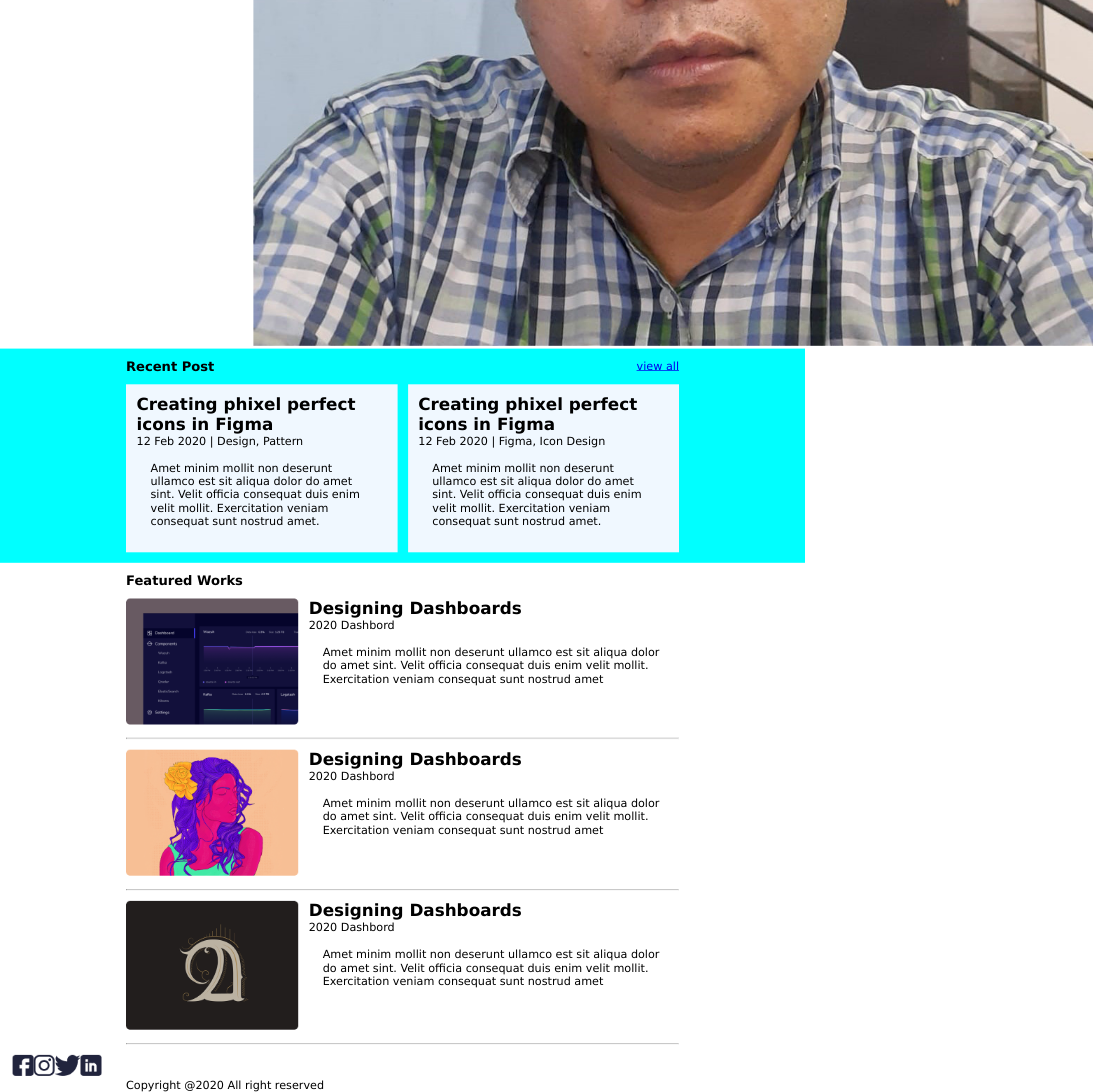
Repository: jafetdn73/portofolio
Page: index.html
The author's editor kept a copy of each file at every save. The page is drawn from the files as they stood at one save, then again after the next save.
The browser window is 1280 px wide. The page is 1562 px wide, so the pictures cover 1562 px, including what lies to the right of the window. The pictures show the part of the page from y = 900 to 2460 px (the page is 2460 px tall), at 70% of full size.

Above is the page before, as saved 2022-02-23 11:44:43.

### index.html
<!DOCTYPE html>
<html lang="en">
<head>
    <meta charset="UTF-8">
    <meta http-equiv="X-UA-Compatible" content="IE=edge">
    <meta name="viewport" content="width=device-width, initial-scale=1.0">
    <link rel="stylesheet" href="figma.css">
    <title>Belajar HTML CSS</title>
</head>
<body>
    <div class="container">
        <!-- Start Menu Bar -->
        <div class="menu-bar">
            <ul>
                <li>
                    Work
                </li>
                <li>
                    Blog
                </li>
                <li>
                    Contact
                </li>
            </ul>
        </div>
        <!-- Starr Hero -->
        <div class="hero">
            <div class="hero-text">
                <h1>Hi, I am Jafet,<br/>
                    Fullstack Engineer
                </h1>
                <p>
                    Amet minim mollit non deserunt ullamco est sit aliqua dolor do amet sint. Velit officia consequat duis enim velit mollit. Exercitation veniam consequat sunt nostrud amet.
                </p>
                <button>Download Resume</button>
            </div>
            <div class="hero-image">
                <img src="jafet.png"/>
            </div>
        </div>
        <!-- Start Post -->
        <div class="post">
            <div class="post-navi">
                <h3>Recent Post</h3>
                <a href="http://detik.com">view all</a>
            </div>
            <div class="post-content">
                <div class="post-content-detail">
                    <h2>Creating phixel perfect icons in Figma</h2>
                    <label>12 Feb 2020</label>
                    <label>|</label>
                    <label>Design, Pattern</label>
                    <p>
                        Amet minim mollit non deserunt ullamco est sit aliqua dolor do amet sint. Velit officia consequat duis enim velit mollit. Exercitation veniam consequat sunt nostrud amet.
                    </p>
                </div>
                <div class="post-content-detail">
                    <h2>Creating phixel perfect icons in Figma</h2>
                    <label>12 Feb 2020</label>
                    <label>|</label>
                    <label>Figma, Icon Design</label>
                    <p>
                        Amet minim mollit non deserunt ullamco est sit aliqua dolor do amet sint. Velit officia consequat duis enim velit mollit. Exercitation veniam consequat sunt nostrud amet.
                    </p>
                </div>
            </div>
        </div>
        <!-- Start Featured -->
        <div class="featured">
            <h3>Featured Works</h3>
            <div class="featured-detail">
                <div class="featured-image">
                    <img src="Rectangle 30.png"/>
                </div>
                <div class="featured-text">
                    <h2>Designing Dashboards</h2>
                    <label>2020</label>
                    <label>Dashbord</label>
                    <p>
                        Amet minim mollit non deserunt ullamco est sit aliqua dolor do amet sint. Velit officia consequat duis enim velit mollit. Exercitation veniam consequat sunt nostrud amet
                    </p>
                </div>
            </div>
            <hr/>
            <div class="featured-detail">
                <div class="featured-image">
                    <img src="Rectangle 32.png"/>
                </div>
                <div class="featured-text">
                    <h2>Designing Dashboards</h2>
                    <label>2020</label>
                    <label>Dashbord</label>
                    <p>
                        Amet minim mollit non deserunt ullamco est sit aliqua dolor do amet sint. Velit officia consequat duis enim velit mollit. Exercitation veniam consequat sunt nostrud amet
                    </p>
                </div>
            </div>
            <hr/>
            <div class="featured-detail">
                <div class="featured-image">
                    <img src="Rectangle 34.png"/>
                </div>
                <div class="featured-text">
                    <h2>Designing Dashboards</h2>
                    <label>2020</label>
                    <label>Dashbord</label>
                    <p>
                        Amet minim mollit non deserunt ullamco est sit aliqua dolor do amet sint. Velit officia consequat duis enim velit mollit. Exercitation veniam consequat sunt nostrud amet
                    </p>
                </div>
            </div>
            <hr/>
        </div>
        <!-- Start Social Media -->
        <div class="social-media"><img src="fb.png"/><img src="insta.png"/><img src="group.png"/><img src="linkedin.png"/></div>
        <div class="copyright">Copyright @2020 All right reserved</div>
    </div>
</body>
</html>

### figma.css
* {
    margin: 0;
    font-family:Verdana, Geneva, Tahoma, sans-serif;
}

.container {
    width: 1150px;
}

.menu-bar {
    display: flex;
    justify-content: flex-end;
    margin-top: 20px;
}

.menu-bar ul li {
    display: inline;
    margin-right: 30px;
    font-size: 20px;
}

/* Start Hero */
.hero {
    display: flex;
    justify-content: space-around;
    margin-top: 150px;
    padding: 0 100px;
}

.hero-text {
    width: 450px;
}

.hero-text h1 {
    font-size: 44px;
    font-weight: 400px;
}

.hero-text p {
    font-size: 16px;
}

.hero-text h1, p, button
{
    margin: 20px;
}

.hero-text button {
    background-color: #FF6464;
    border-style: none;
    padding: 15px;
    font-size: 20px;
    color: white;
}

/* Start Post */
.post {
    background-color:aqua;
    padding:15px 180px;
}

.post-navi {
    display :flex;
    justify-content:space-between ;
}

.post-content {
    display: flex;
    margin-top: 15px;
    gap:15px;
}

.post-content-detail {
    background-color: aliceblue;
    padding:15px;
}

/* Start Featured */
.featured {
    margin : 15px 180px;
    gap:15px;
}

.featured-detail {
    display:flex;
    margin-top: 15px;
    margin-bottom: 15px;
}

.featured-image {
    margin-right: 15px;
}


.social-media{
    margin-left: 18px;
}

.copyright {
    margin-left: 180px;
}

After the next save:
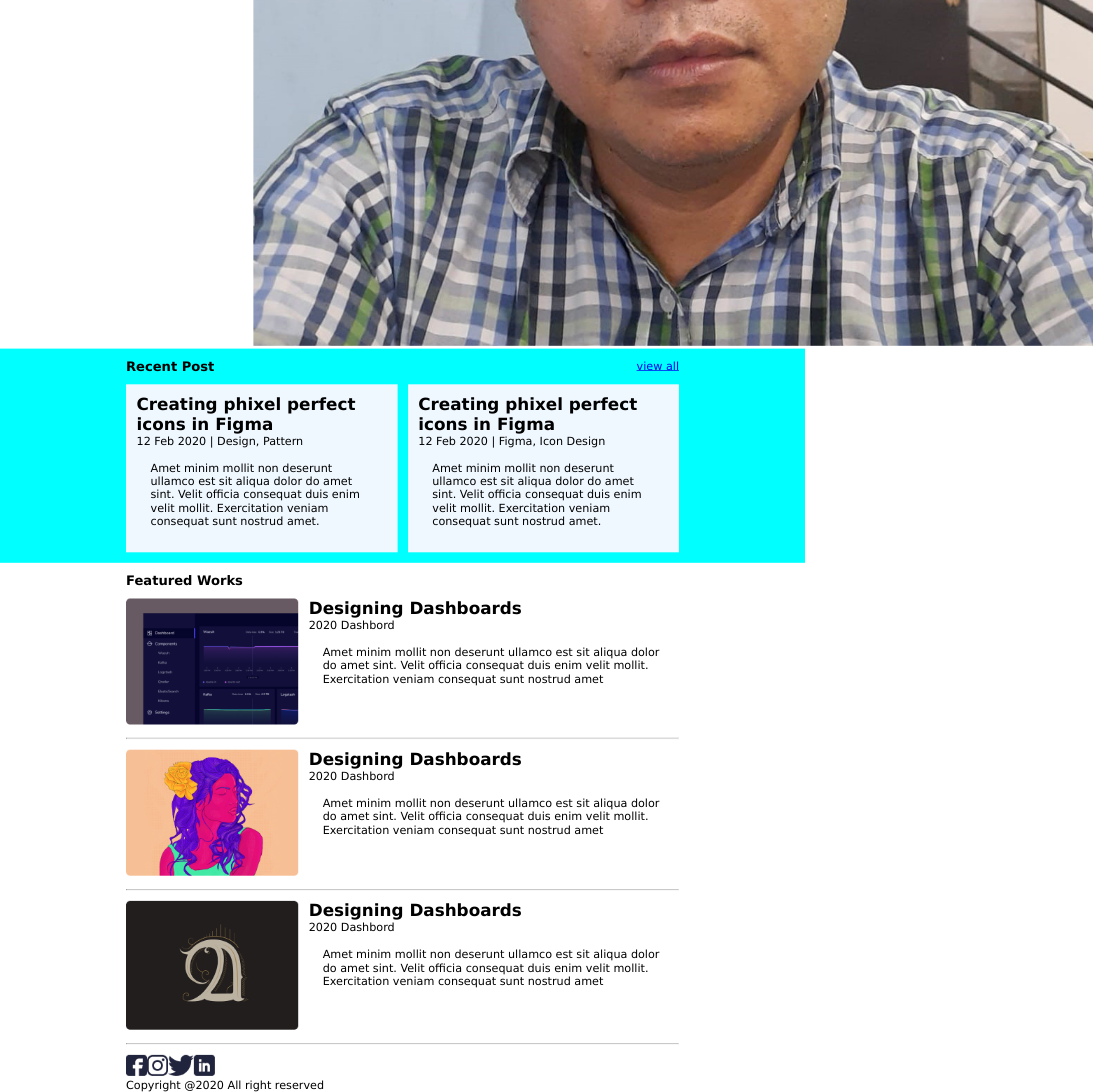
Saved 25 s later.
--- a/figma.css
+++ b/figma.css
@@ -93,7 +93,7 @@
 
 
 .social-media{
-    margin-left: 18px;
+    margin-left: 180px;
 }
 
 .copyright {
